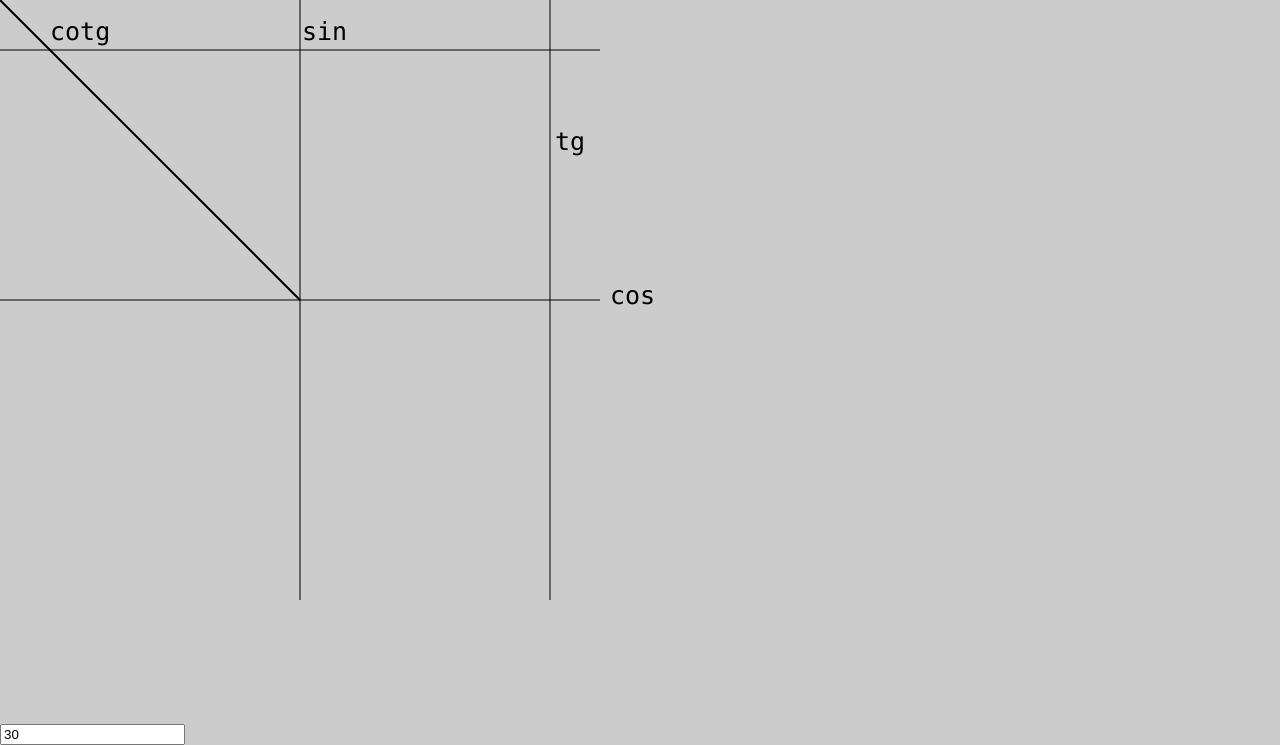
Repository: BraynStorm/braynstorm.github.io
Page: http://localhost/
These files come from the project's save history. The page is drawn as it stood at one moment and after a run of saves; the edit follows.
The browser window is 1280 px wide. The pictures show the whole page.
The page is run by PHP 8.4 with error messages shown; the project is at /var/www/html/.

Above is the page before, as saved 2015-02-24 20:59:12.

### JSDrawing/index.php
<!DOCTYPE html>
<html>
	<head>
		<meta charset="UTF-8">
		<title>Insert title here</title>
		<link rel="stylesheet" type="text/css" href="main.css"/>
		<script type="text/javascript" src="js/jquery-2.1.3.min.js"></script>
		<script type="text/javascript" src="js/swgDrawing.js"></script>

	</head>
	<body>
		<div id="content">
			<svg width="1000" height="1000">
				<circle id="mainCircle" cx="300" cy="300" r="250" fill="none" stroke="black" />
				<line x1="300" y1="0" x2="300" y2="600" style="stroke:rgb(0,0,0);stroke-width:1;" id="sinLine" />
				<line x1="0" y1="300" x2="600" y2="300" style="stroke:rgb(0,0,0);stroke-width:1;" id="cosLine" />

				<line x1="550" y1="0" x2="550" y2="600" style="stroke:rgb(0,0,0);stroke-width:1;" id="tgLine" />
				<line x1="0" y1="50" x2="600" y2="50" style="stroke:rgb(0,0,0);stroke-width:1;" id="cotgLine" />

				<text x="610" y="304" style="font-size:25px;">cos</text>
				<text x="302" y="40" style="font-size:25px;">sin</text>
				<text x="555" y="150" style="font-size:25px;">tg</text>
				<text x="50" y="40" style="font-size:25px;">cotg</text>


				<!--  THE ANGLE -->

				<line id="angle" x1="300" y1="300" x2="0" y2="0" style="stroke:rgb(0,0,0);stroke-width:2;" />


			</svg>

			<input type="text" value="30" id="angleBox" />
		</div>
	</body>
</html>

### JSDrawing/main.css
@CHARSET "UTF-8";

body{
	background-color: #CCC;
	padding: 0;
	margin: 0;
	overflow: hidden;
	font-family: Consolas, mono, sans-serif;
}

svg{
	margin-top: 0px;
}


#menu{
	position: fixed;
	bottom: 0px;
	left:0px;

	height: 50px;
	width : 100%;
	border : 1px solid black;
}

### JSDrawing/js/swgDrawing.js
$(document).ready(function (){
	var angleBox	= $("#angleBox");
	var radiusBox	= $("#radiusBox");
	var beginX		= window.innerWidth/2;
	var beginY		= window.innerHeight/2;

	var sinColor = "#00AA00";
	var cosColor = "#0000AA";
	var tgColor = "#00AAAA";
	var cotgColor = "#AA0000";

	var radius		= 100;

	var svg			= $('svg');

	var circle		= $('#mainCircle');
	var showAdditions = $("#showAdditions");

	var sinAxis 	= $("#sinAxis");
	var cosAxis		= $("#cosAxis");
	var tgAxis		= $("#tgAxis");
	var cotgAxis	= $("#cotgAxis");

	var sinTxt 		= $("#sinTxt");
	var cosTxt		= $("#cosTxt");
	var tgTxt		= $("#tgTxt");
	var cotgTxt		= $("#cotgTxt");



	var angleArm	= $("#angleArm");
	var angleArc	= $("#angleArc");

	var projectionSin = $("#projectionSin");
	var projectionCos = $("#projectionCos");

	var projectionSinTxt = $("#projectionSinTxt");
	var projectionCosTxt = $("#projectionCosTxt");
	radiusBox.keypress(function (){
		init();
	});

	function init(){
		radius = parseInt(radiusBox.val());
		svg.css({
			width:  window.innerWidth,
			height: window.innerHeight
		});

		circle.attr({
			cx : beginX,
			cy : beginY,
			r : radius
		});

		sinAxis.attr({
			x1: beginX,
			y1: 0,
			x2: beginX,
			y2: window.innerHeight,
			stroke: sinColor
		});


		cosAxis.attr({
			x1: 0,
			y1: beginY,
			x2: window.innerWidth,
			y2: beginY,
			stroke: cosColor
		});


		tgAxis.attr({
			x1: beginX + radius,
			y1: 0,
			x2: beginX + radius,
			y2: window.innerHeight,
			stroke: tgColor
		});

		cotgAxis.attr({
			x1: 0,
			y1: beginY - radius,
			x2: window.innerWidth,
			y2: beginY - radius,
			stroke: cotgColor
		});

		angleArm.attr({
			x1: beginX,
			y1: beginY
		});

		sinTxt.attr({
			x: beginX + 10,
			y: beginY - radius - 10,
			fill: sinColor
		});

		cosTxt.attr({
			x: beginX + radius + 10,
			y: beginY - 10,
			fill: cosColor
		})

		tgTxt.attr({
			x: beginX + radius + 10,
			y: beginY - (radius/2),
			fill: tgColor
		});

		cotgTxt.attr({
			x: beginX + (radius / 2),
			y : beginY - radius - 10,
			fill: cotgColor
		});


		projectionSin.attr({
			x1: beginX,
			y1: beginY,
			x2: beginX,
			y2: beginY,
			stroke: sinColor
		});

		projectionCos.attr({
			x1: beginX,
			y1: beginY,
			x2: beginX,
			y2: beginY,
			stroke: cosColor
		});


		projectionSinTxt.attr({
			fill: sinColor
		});

		projectionCosTxt.attr({
			fill: cosColor
		});

	};

	showAdditions.click(function (){
		if(showAdditions.is(":checked")){
			projectionSin.attr("stroke-width","2");
			projectionCos.attr("stroke-width","2");
			projectionSinTxt.attr("fill", sinColor);
			projectionCosTxt.attr("fill", cosColor);
		}else{
			projectionSin.attr("stroke-width","0");
			projectionCos.attr("stroke-width","0");
			projectionSinTxt.attr("fill", "none");
			projectionCosTxt.attr("fill", "none");
		}
	});

	init();

	var angle = 0;

	var animator;

	animateAngle();

	function animateAngle(){
		var toAngle = parseInt(angleBox.val());

		if(angle-toAngle > 0){
			angle -= 1;
		}else if (angle-toAngle < 0){
			angle += 1;
		}

		var radians = angle * (Math.PI / 180);

		x = beginX + (Math.cos(radians) * radius);
		y = beginY - (Math.sin(radians) * radius);

		var xb = beginX + (Math.cos(radians) * radius * 4);
		var yb = beginY - (Math.sin(radians) * radius * 4);

		projectionCos.attr({
			x2: x,
			y1: y,
			y2: y
		});

		projectionSin.attr({
			x1: x,
			x2: x,
			y2: y
		});


		angleArm.attr("x2", xb);
		angleArm.attr("y2", yb);

		angleArc.attr("d", describeArc(beginX, beginY, radius/5, 90-angle, 90));


		animator = setTimeout(animateAngle, 15);
	}

	function describeArc(x, y, radius, startAngle, endAngle){

	    var start = polarToCartesian(x, y, radius, endAngle);
	    var end = polarToCartesian(x, y, radius, startAngle);

	    var arcSweep = endAngle - startAngle <= 180 ? "0" : "1";

	    var d = [
	        "M", start.x, start.y,
	        "A", radius, radius, 0, arcSweep, 0, end.x, end.y
	    ].join(" ");

	    return d;
	}
	function polarToCartesian(centerX, centerY, radius, angleInDegrees) {
		  var angleInRadians = (angleInDegrees-90) * Math.PI / 180.0;

		  return {
		    x: centerX + (radius * Math.cos(angleInRadians)),
		    y: centerY + (radius * Math.sin(angleInRadians))
		  };
		}

});

Loaded but not shown: JSDrawing/js/jquery-2.1.3.min.js (library)

After the next 2 saves:
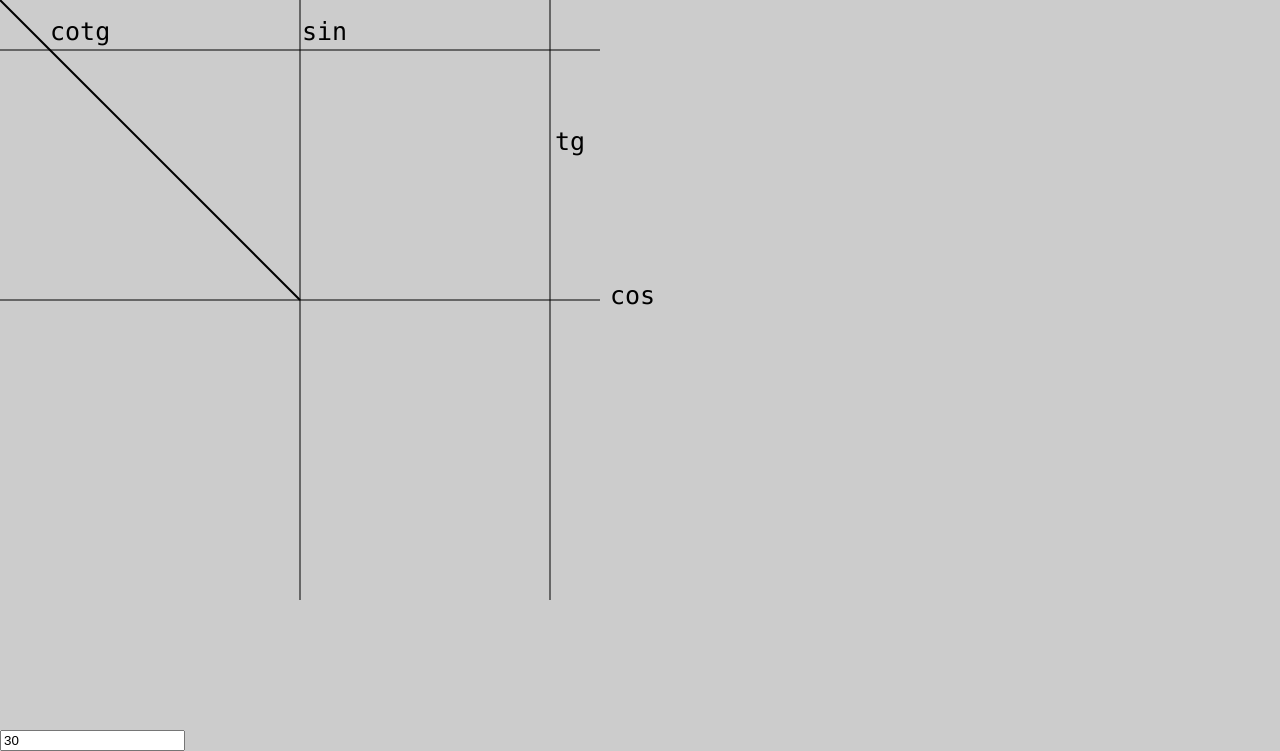
The 2 saves are shown as one change because they came seconds apart.
The last was saved 11 s later.
--- a/JSDrawing/main.css
+++ b/JSDrawing/main.css
@@ -6,6 +6,7 @@ body{
 	margin: 0;
 	overflow: hidden;
 	font-family: Consolas, mono, sans-serif;
+	font-size: 22px;
 }
 
 svg{
